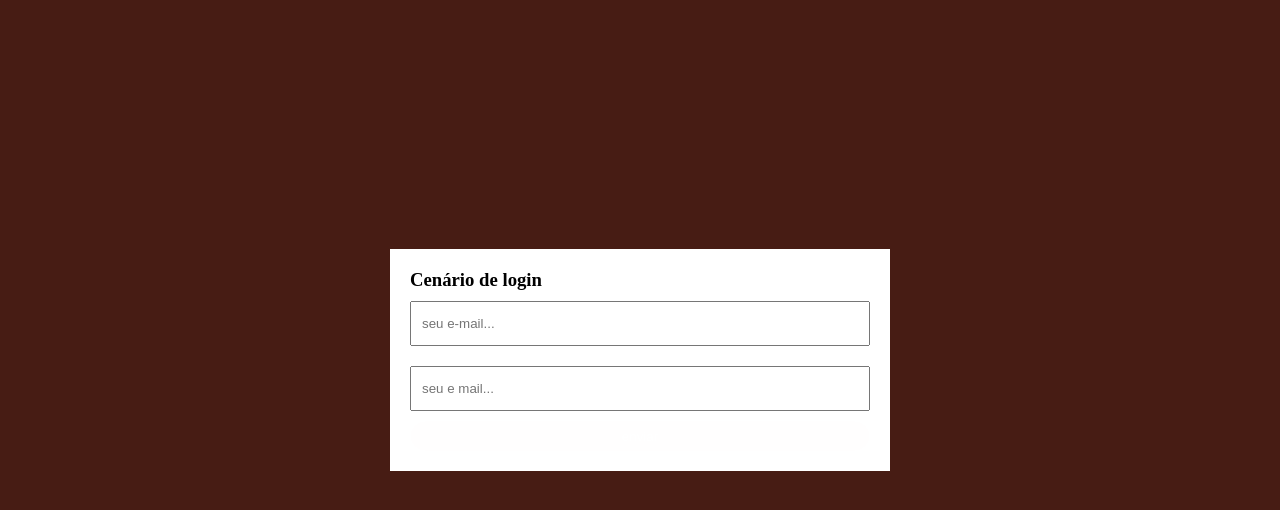
Repository: josceno/Sistema-para-controle-de-experimenta-o-animal
Page: index.html
An editor plug-in stored every save of this project. The page is shown before and after the next save, followed by the edit.
The browser window is 1280 px wide. The pictures show the whole page.

Above is the page before, as saved 2021-09-13 15:56:56.

### index.html
<html>
    <head>
        <title>Form Contato</title>

    </head>
    <style>
        *{margin:0; padding:0;box-sizing: border-box;}
        body
        {
            background-color: #471c14;
        }
        form
        {
            background-color: white;
            max-width: 500px;
            width: 70%;
            padding:20px;
            position:absolute;
            left: 50%;
            top: 50%;

            transform: translate(-50%,-50%);
        }
        form input[type=text],
        form input[type =text]{
            width: 100%;
            height: 45px;
            border:ipx solid #ccc;
            padding-left: 10px;
            margin: 10px 0;
        }
        form input[type=submit]
        {
            width: 100%;
            height:30px;
            cursor: pointer;
            background : #FF3B1101;
            color: white;
            border: 0;
            border-radius:20px;


        }
    </style>

    <body>

        <form>
            <h3>Cenário de login</h3>
            <input type="text" name ="email" placeholder= "seu e-mail..."/>
            <input type = "text" name = "email" placeholder=  "seu e mail..."/>
            <input type =  "submit"name = "acao" value = "enviar"/>
        </form>
    </body>
</html>

After the next save:
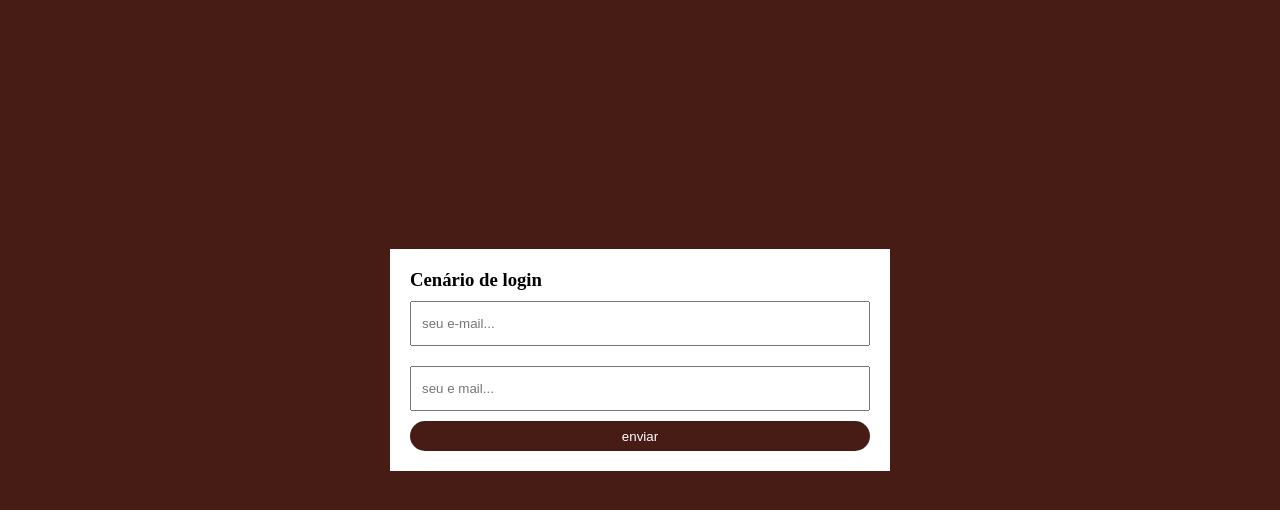
Saved 27 s later.
--- a/index.html
+++ b/index.html
@@ -34,7 +34,7 @@
             width: 100%;
             height:30px;
             cursor: pointer;
-            background : #FF3B1101;
+            background : #471c14;
             color: white;
             border: 0;
             border-radius:20px;
